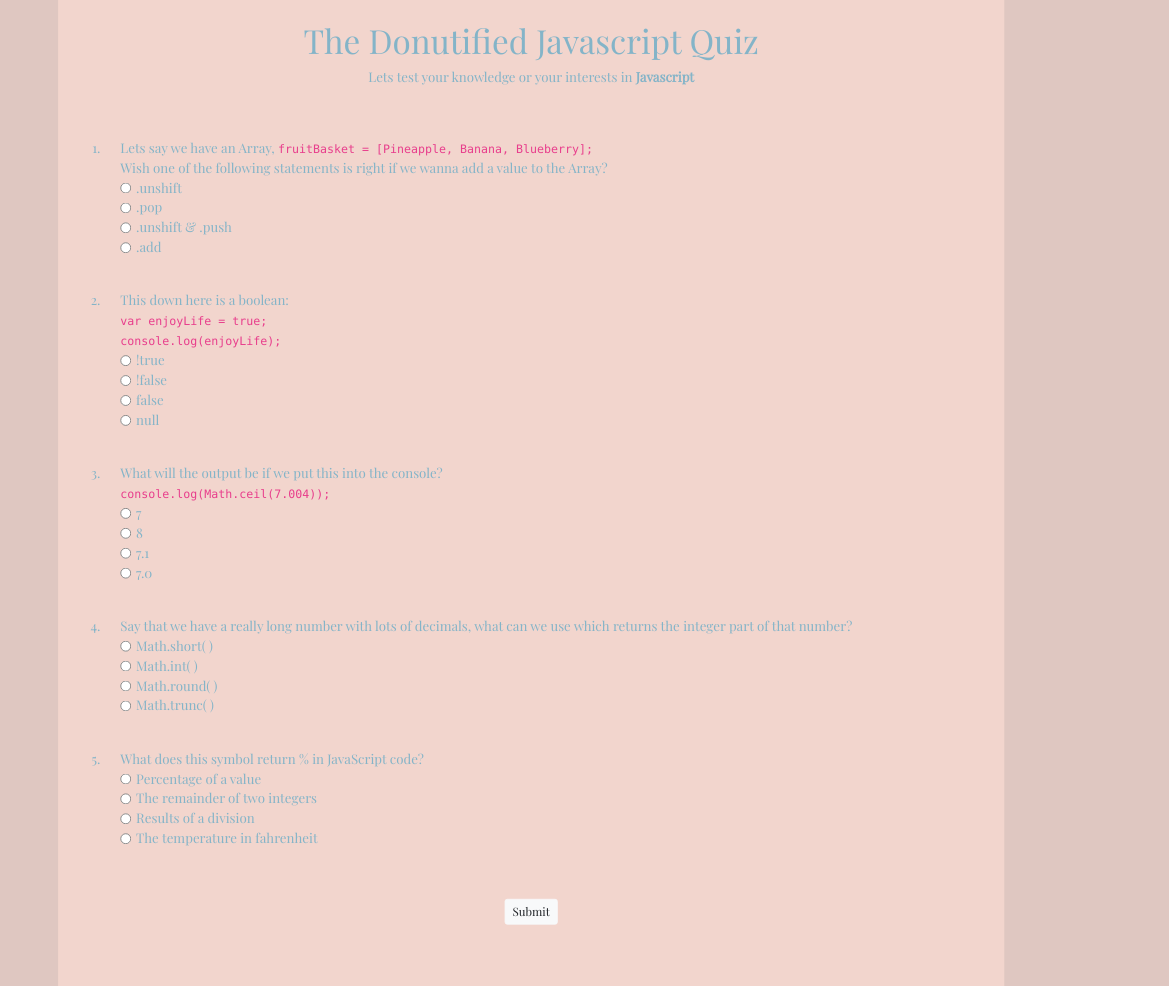
Repository: CharlotteAneriksson/donutQuiz
Page: index.html
The author's editor kept a record of every edit. The page is drawn from the files as they stood at one moment, then again after the next edit.
The browser window is 1280 px wide. The page is 1408 px wide, so the pictures cover 1408 px, including what lies to the right of the window. The pictures show the whole page, at 83% of full size.

Above is the page before.

After the next edit:
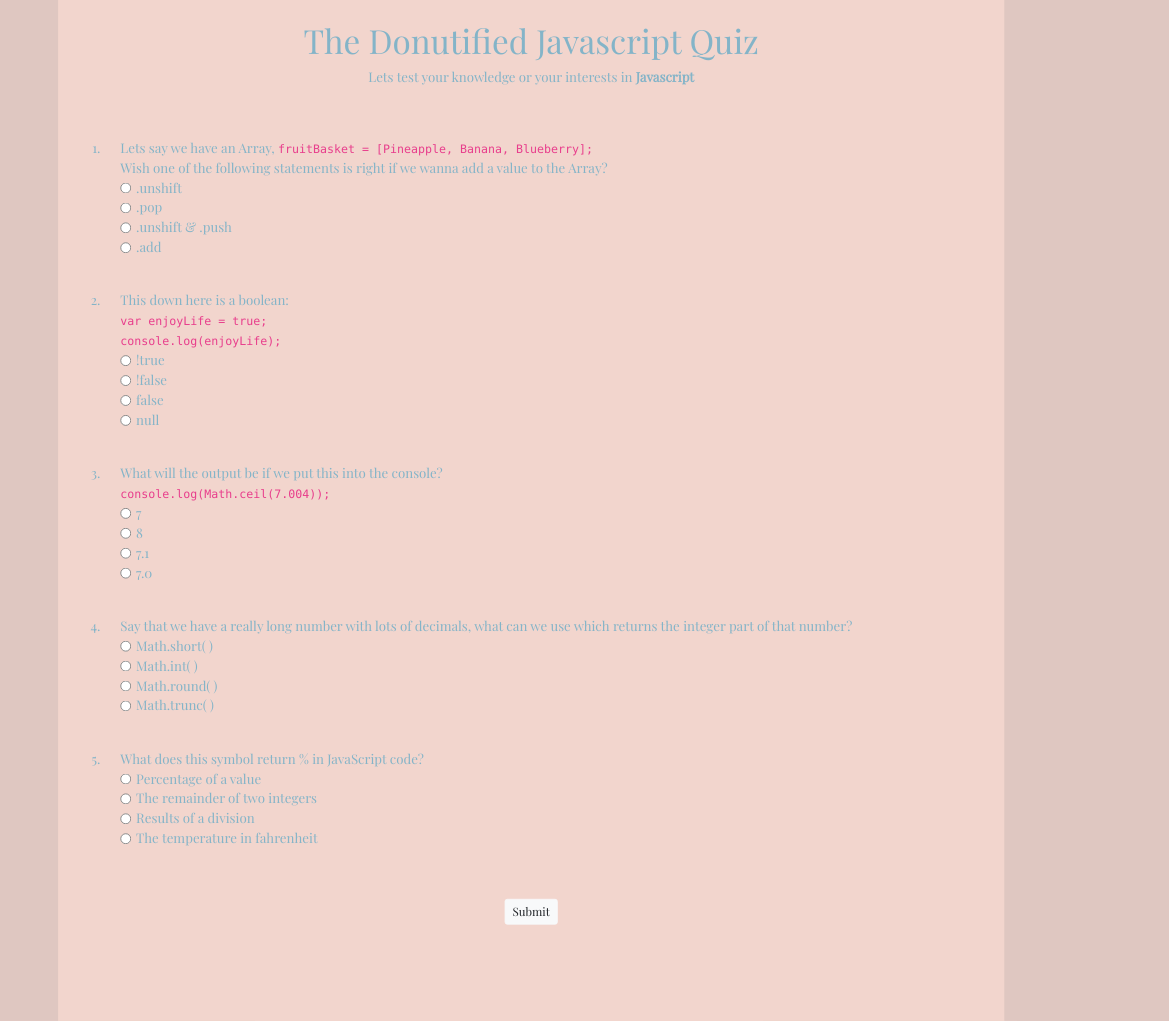
The edit:
--- a/css/style.css
+++ b/css/style.css
@@ -44,7 +44,7 @@
     font-size:20px;
 }
 
-img #score-in-donuts{
-    width:50px;
-    height:50px;
+#score-in-donuts{
+    width:200px;
+    height:75px;
 }
